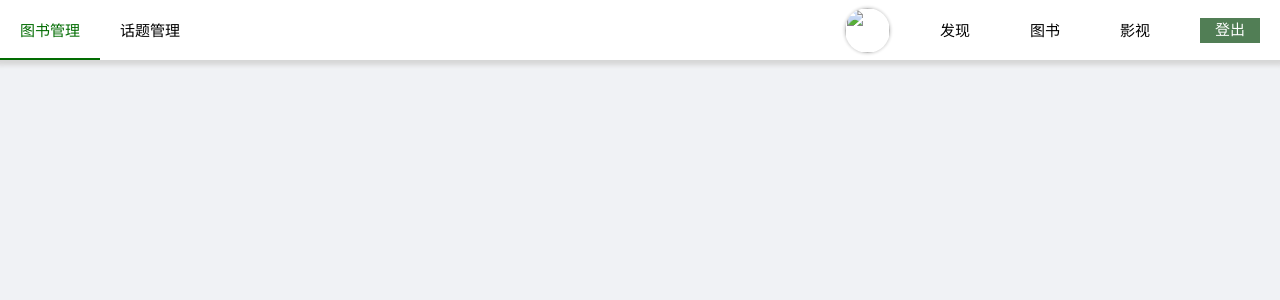
Repository: quanwangniuniu/Oasis-Reading-Platform
Page: /#/admin (app in Vue-frontend/)
These files come from the project's save history. The page is drawn as it stood at one moment and after the next save; the edit follows.
The browser window is 1280 px wide. The pictures show the whole page.
The page's requests for data from a server got no answer. The project was rebuilt for these pictures with package versions that can differ from the ones it lists, and the page was loaded fresh each time. No one was signed in, and anything a server would have sent is missing. Also part of the build but not shown: Vue-frontend/vite.config.js, Vue-frontend/src/components/axios/api.js, Vue-frontend/src/components/Test.vue, Vue-frontend/src/components/user/books/BookCard.vue, Vue-frontend/src/components/user/books/Books.vue, Vue-frontend/src/components/user/movies/Favourites.vue, Vue-frontend/src/components/user/explore/Explore.vue, Vue-frontend/src/components/user/login/Login.vue and 19 more.

Above is the page before, as saved 2023-04-17 22:46:56.

### Vue-frontend/index.html
<!DOCTYPE html>
<html lang="en">
  <head>
    <meta charset="UTF-8">
    <meta name="viewport" content="width=device-width, initial-scale=1.0">
    <title>Vite App</title>
    <style>
      *{
        padding: 0px;
        margin: 0px;
      }

      body{
        background-color: #f0f2f5;
      }
    </style>
  </head>
  <body>
    <div id="app"></div>
    <script type="module" src="/src/main.js"></script>
  </body>
</html>

### Vue-frontend/src/main.js
import { createApp } from 'vue'
import ElementPlus from 'element-plus'
import naive from 'naive-ui'
import 'element-plus/dist/index.css'
import App from './App.vue'
import router from './components/router/router'
import * as ElementPlusIconsVue from '@element-plus/icons-vue'
import './assets/font/font.css'
import './assets/css/element.css'

const app = createApp(App)
app.use(router)
app.use(ElementPlus)
app.use(naive)
app.mount('#app')
for (const [key, component] of Object.entries(ElementPlusIconsVue)) {
    app.component(key, component)
  }

### Vue-frontend/src/App.vue
<script setup>
import Test from './components/Test.vue';
</script>

<template>
  <n-message-provider>
    <div>
      <!-- <Test></Test> -->
      <router-view></router-view>
    </div>
  </n-message-provider>
</template>

<style scoped></style>

### Vue-frontend/src/components/router/router.js
import { createRouter, createWebHashHistory } from 'vue-router'
import Books from '../user/books/Books.vue'
import Movies from '../user/movies/Favourites.vue'
import Explore from '../user/explore/Explore.vue'
import Login from '../user/login/Login.vue'
import Register from '../user/login/Register.vue'
import StartUp from '../user/login/StartUp.vue'
import SpecificBook from '../user/books/SpecificBook.vue'
import User from '../User.vue'
import Transit from '../user/Transit.vue'
import Admin from '../Admin.vue'
import UserInfo from '../user/info/UserInfo.vue'
import BookSearch from '../user/books/BookSearch.vue'
import SearchTransit from '../user/books/Transit.vue'
import BookManagement from '../admin/bookManagement/BookManagement.vue'
import MovieManagement from '../admin/movieManagement/MovieManagement.vue'
import AddBook from '../admin/bookManagement/AddBook.vue'
import BookList from '../admin/bookManagement/BookList.vue'
import EditBook from '../admin/bookManagement/EditBook.vue'
import AnalyseBook from '../admin/bookManagement/AnalyseBook.vue'



import { checkUser } from './utils.js'

const router = createRouter({
  history: createWebHashHistory(),
  routes: [
    {
      path: '/user', component: User, alias: ['/'], children: [
        { path: 'books', component: Books },
        { path: 'search', name: 'search', component: BookSearch },
        { path: 'searchTransit', name: 'transit', component: SearchTransit },
        { path: 'books/:id', name:'specific', component: SpecificBook, beforeEnter: checkUser },
        { path: 'movies', component: Movies },
        { path: 'explore', component: Explore },
        { path: 'login', component: Login },
        { path: 'register', component: Register },
        { path: 'info', component: UserInfo, beforeEnter: checkUser },
        { path: 'transit', component: Transit},
      ]
    },
    {
      path: '/admin', component: Admin, children: [
        {
          path: 'managebooks', component: BookManagement, children: [
            { path: 'add', component: AddBook },
            { path: 'list', component: BookList },
            { path: 'analyse', component: AnalyseBook },
            { path: 'edit', component: EditBook },
          ]
        },
        { path: 'books', component: Books },
        { path: 'search', name: 'search', component: BookSearch },
        { path: 'searchTransit', name: 'transit', component: SearchTransit },
        { path: 'books/:id', name:'specific', component: SpecificBook, beforeEnter: checkUser },
        { path: 'movies', component: Movies },
        { path: 'explore', component: Explore },
        { path: 'login', component: Login },
        { path: 'register', component: Register },
        { path: 'info', component: UserInfo, beforeEnter: checkUser },
        { path: 'transit', component: Transit},
      ]
    },
    {
      path: '/startup', component: StartUp
    }
  ]
})

export default router

### Vue-frontend/src/assets/font/font.css

  @font-face {
    font-family: siyuansongti;
    src: url(./Source_Han_Serif_SC_Light_Light.otf);
    font-weight: normal;
    font-style: normal;
  }

  @font-face {
    font-family: deyihei;
    src: url(./SmileySans-Oblique.otf);
    font-weight: normal;
    font-style: normal;
  }

### Vue-frontend/src/components/Admin.vue
<script setup>
import BookManagementVue from './admin/bookManagement/BookManagement.vue';
import AdminHeader from './admin/header/AdminHeader.vue';
</script>

<template>
    <AdminHeader></AdminHeader>
    <router-view></router-view>
</template>

<style scoped>
</style>

### Vue-frontend/src/components/router/utils.js
export const checkUser = (from, to, next) => {
    if(localStorage.getItem('token') === null){
        next('/login')
    }else{
        next()
    }
}

### Vue-frontend/src/components/axios/user_api.js
import instance from './config'

export const api_addUser = (user) =>{
    return instance({
        url: '/user/add',
        method: 'post',
        data:{
            user: JSON.stringify(user)
        }
    })
}


export const api_getUserAvatar = (user) =>{
    return instance({
        url: '/avatar',
        method: 'get',
    })
}

### Vue-frontend/src/components/admin/header/AdminHeader.vue
<script setup>
import { onBeforeMount, ref } from 'vue'
import { api_getUserAvatar } from '../../axios/user_api'

const avatarURL = ref()

onBeforeMount(() => {
  api_getUserAvatar().then(res => {
    console.log(res)
    avatarURL.value = res.data.data;
  })
})

let logout = () => {
    localStorage.clear('token')
    localStorage.clear('type')
}

</script>

<template>
    <div>
        <div>
            <div class="container">
                <div class="left">
                    <div class="nav"><router-link to="/admin/managebooks/add">图书管理</router-link></div>
                    <div class="nav"><router-link to="/admin/managebooks/add">话题管理</router-link></div>
                </div>

                <div class="right">
                    <div class="avata">
                        <img :src=avatarURL alt="">
                    </div>
                    <div class="nav"><router-link to="/admin/explore">发现</router-link></div>
                    <div class="nav"><router-link to="/admin/books">图书</router-link></div>
                    <div class="nav"><router-link to="/admin/movies">影视</router-link></div>
                    <div class="login"><router-link to="/admin/transit" @click="logout()">登出</router-link></div>
                </div>


            </div>
        </div>
    </div>
</template>

<style scoped>
.container {
  height: 60px;
  background-color: white;
  /* 边框模糊效果 */
  box-shadow: 0 0 5px 5px rgb(214, 214, 214);
  /* 开启flex布局 */
  display: flex;
  /* 设置元素靠右排列 */
  justify-content: flex-end;
  /* 设置元素垂直居中 */
  align-items: center;

  display: flex;
  justify-content: space-between;
}

.left, .right{
    display: flex;
    align-items: center;
}

.nav {
  box-sizing: border-box;
  width: 90px;
  height: 60px;
  padding-left: 20px;
  padding-right: 20px;
  /* 设置nav内部a标签水平居中 */
  text-align: center;
  /* 开启flex局部 */
  display: flex;
  /* 设置nav内部a标签垂直居中 */
  align-items: center;
  border-bottom: 2px solid transparent;
}

.nav a {
  width: 50px;
  /* 清除a标签默认样式 */
  text-decoration: none;
  color: black;
}

.left .nav{
    width: 100px;
}

.left .nav a{
    width: 100px;
}

.nav:hover {
  border-bottom: 2px solid rgb(2, 108, 2);
  color: rgb(2, 108, 2);
}

.nav:hover a {
  color: rgb(2, 108, 2);
}


.login {
  padding: 5px 15px;
  box-sizing: border-box;
  margin-left: 20px;
  margin-right: 20px;
  background-color: #517E55;
  align-content: center;
  display: flex;
  align-items: center;
  justify-content: center;
}

.login a {
  display: inline-block;
  line-height: 100%;
  text-align: center;
  text-decoration: none;
  color: white
}

a {
  font-size: 15px;
}

.avata {
  box-sizing: border-box;
  width: 45px;
  height: 45px;
  border-radius: 50%;
  box-shadow: 0px 0px 3px 1px rgb(214, 214, 214);
  display: flex;
  justify-content: center;
  align-items: center;
  margin-right: 20px;
}

.avata img {
  width: 100%;
  height: 100%;
  object-fit: cover;
  border-radius: 50%;
}


.logo {
  box-sizing: border-box;
  width: 70px;
  height: 45px;
  display: flex;
  justify-content: center;
  align-items: center;
  margin-right: 20px;
}

.logo img {
  width: 100%;
  height: 100%;
  object-fit: cover;
}
</style>

### Vue-frontend/src/components/axios/config.js
import axios from 'axios'

//创建axios实例, 设置baseurl
let instance = axios.create({
    baseURL: 'http://127.0.0.1:5000'
})

//设置请求拦截器, 所有请求都带上token
instance.interceptors.request.use(
    (config) =>{
        let token = localStorage.getItem('token');
        if(token){
            config.headers.Authorization = `Bearer ${token}`
        }
        return config
    }
)

export default instance;

After the next save:
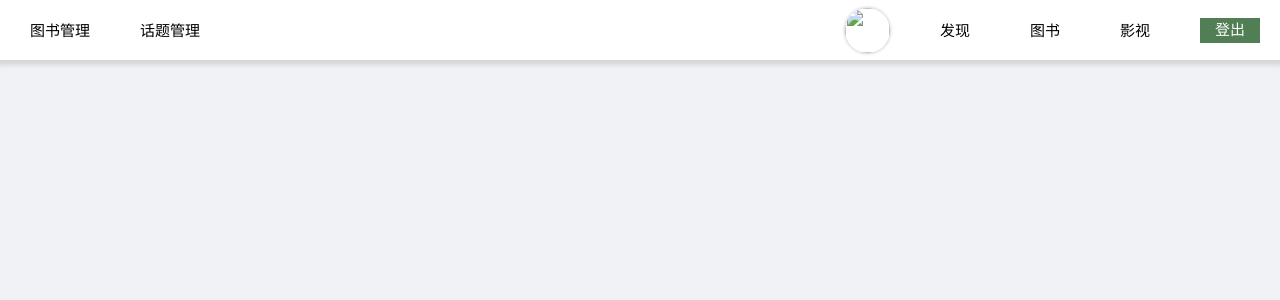
Saved 8 min 5 s later.
--- a/Vue-frontend/src/components/admin/header/AdminHeader.vue
+++ b/Vue-frontend/src/components/admin/header/AdminHeader.vue
@@ -88,6 +88,7 @@ let logout = () => {
 }
 
 .left .nav{
+  margin-left: 10px;
     width: 100px;
 }
 
